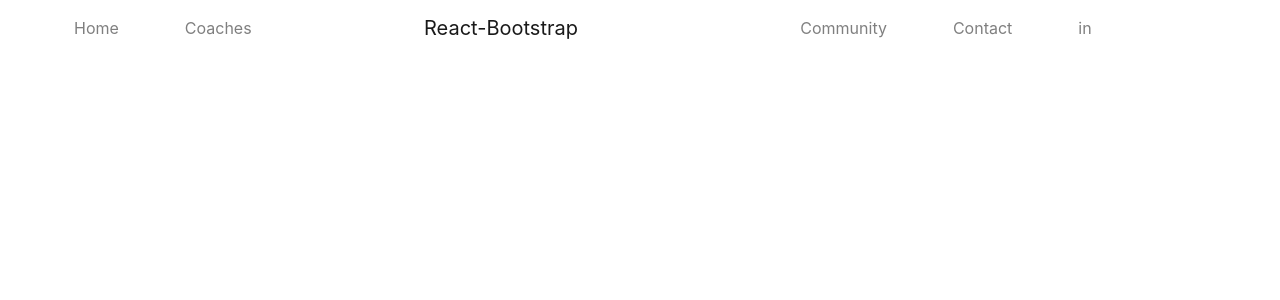
Repository: rihemebh/PersoCoach-Back
Page: / (app in persocoach/persocoach-front/)
The author's editor kept a copy of each file at every save. The page is drawn from the files as they stood at one save, then again after a run of saves.
The browser window is 1280 px wide. The pictures show the whole page.
The project was rebuilt for these pictures with package versions that can differ from the ones it lists, and the page was loaded fresh each time.

Above is the page before, as saved 2021-04-18 01:15:11.

After the next 2 saves:
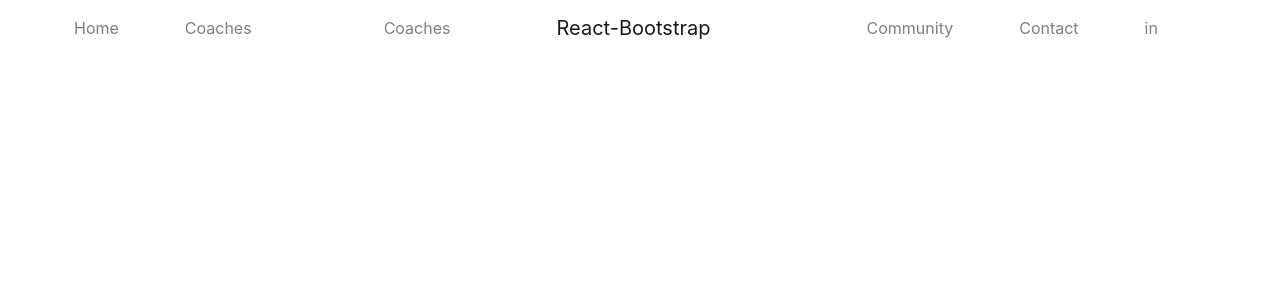
The 2 saves are shown as one change because they came seconds apart.
The last was saved 23 s later.
--- a/persocoach/persocoach-front/src/Mynavbar.js
+++ b/persocoach/persocoach-front/src/Mynavbar.js
@@ -20,6 +20,8 @@
         <Nav className="mr-auto">
           <Nav.Link href="#home" style={mystyle}>Home</Nav.Link>
           <Nav.Link href="#link" style={mystyle} >Coaches</Nav.Link>
+          <Nav.Link href="#link" style={mystyle} ></Nav.Link>
+          <Nav.Link href="#link" style={mystyle} >Coaches</Nav.Link>
         </Nav>
         <Navbar.Brand href="#home" className="mr-auto" >React-Bootstrap</Navbar.Brand>
         <Nav className="mr-auto" id="basic-navbar-nav">
